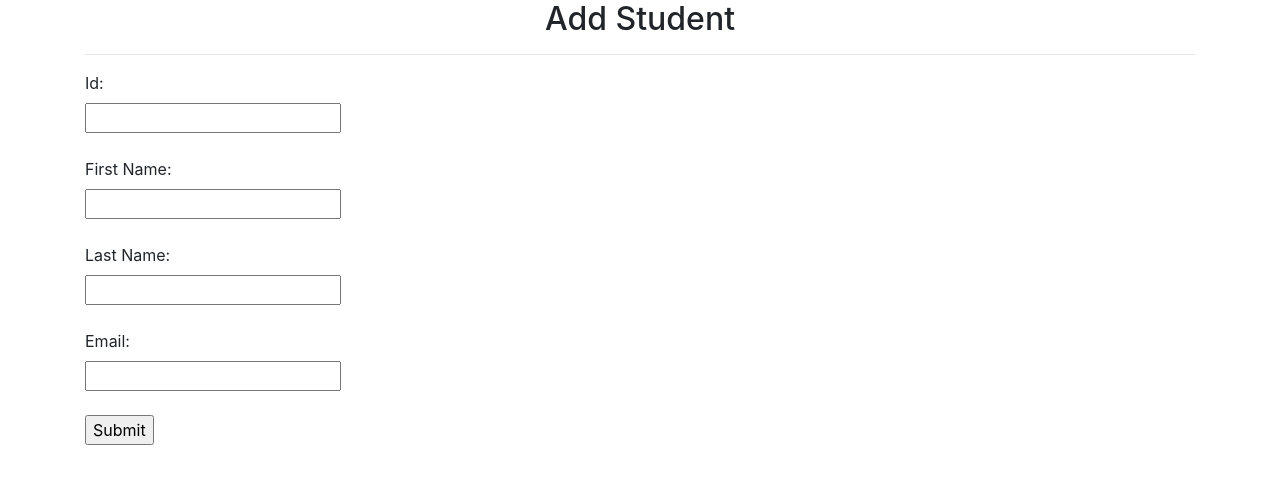
Repository: manvendra-24/jsp-servlets
Page: http://localhost/12-student-mvc-db/add-student.jsp
An editor plug-in stored every save of this project. The page is shown before and after the next save, followed by the edit.
The browser window is 1280 px wide. The pictures show the whole page.
The page is served by Tomcat 9.

Above is the page before, as saved 2024-07-17 07:39:33.

After the next save:
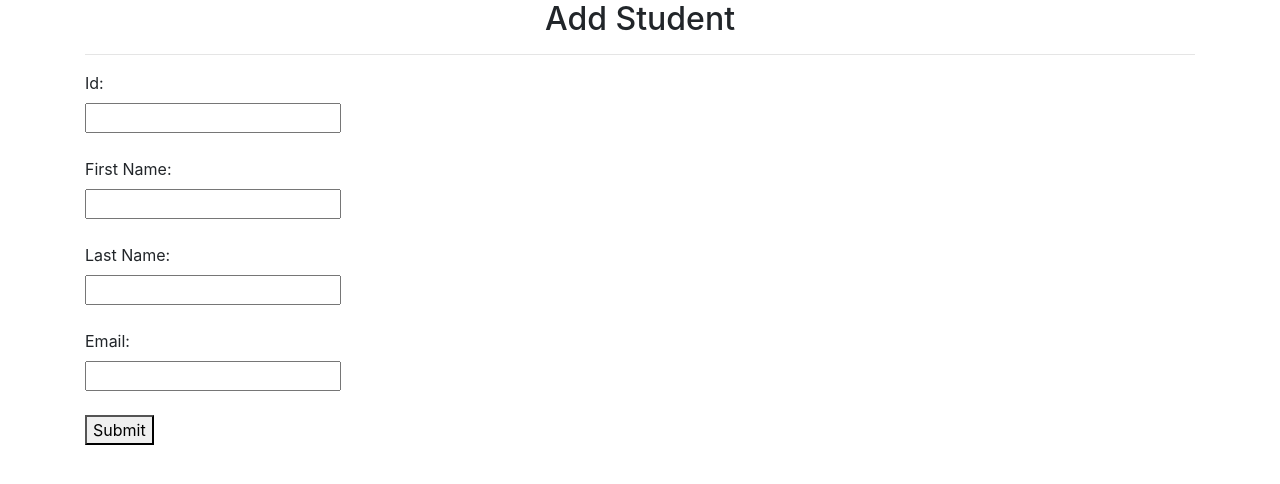
Saved 46 s later.
--- a/12-student-mvc-db/WebContent/add-student.jsp
+++ b/12-student-mvc-db/WebContent/add-student.jsp
@@ -16,6 +16,7 @@
 		<hr>
 		<form action="student" method="get">
 			<input type="hidden" name="command" value="add"/>
+
 			<label for="id">Id:</label><br>
 			<input type="text" id="id" name="id" required><br><br>
 
@@ -28,7 +29,7 @@
 	        <label for="email">Email:</label><br>
 	        <input type="email" id="email" name="email" required><br><br>
 
-	        <input type="submit" value="Submit">
+	        <button type="submit" value="Submit">Submit</button>
     	</form>
 	</div>
 
